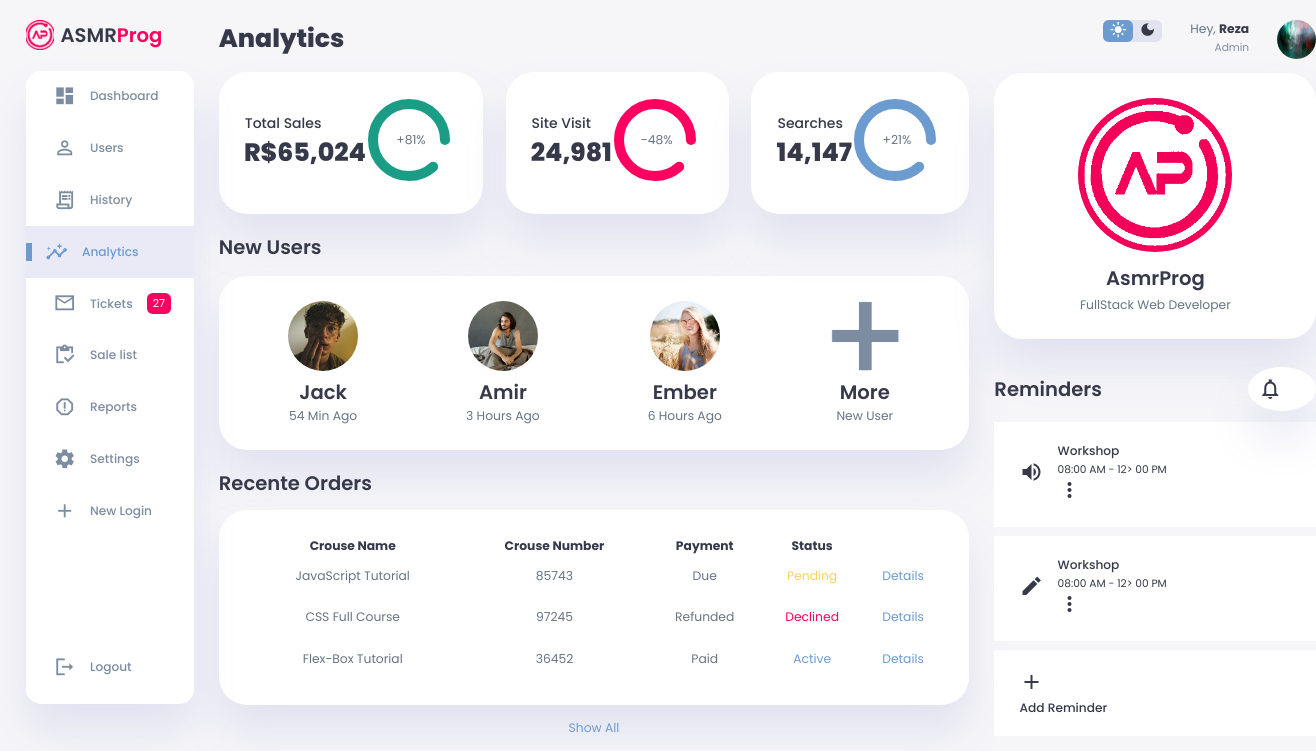
Repository: pheonix5/ProjetosRN-linux
Page: DashBoard/index.html
An editor plug-in stored every save of this project. The page is shown before and after the next save, followed by the edit.
The browser window is 1280 px wide. The page is 1316 px wide, so the pictures cover 1316 px, including what lies to the right of the window. The pictures show the whole page.

Above is the page before, as saved 2023-08-06 03:06:13.

After the next save:
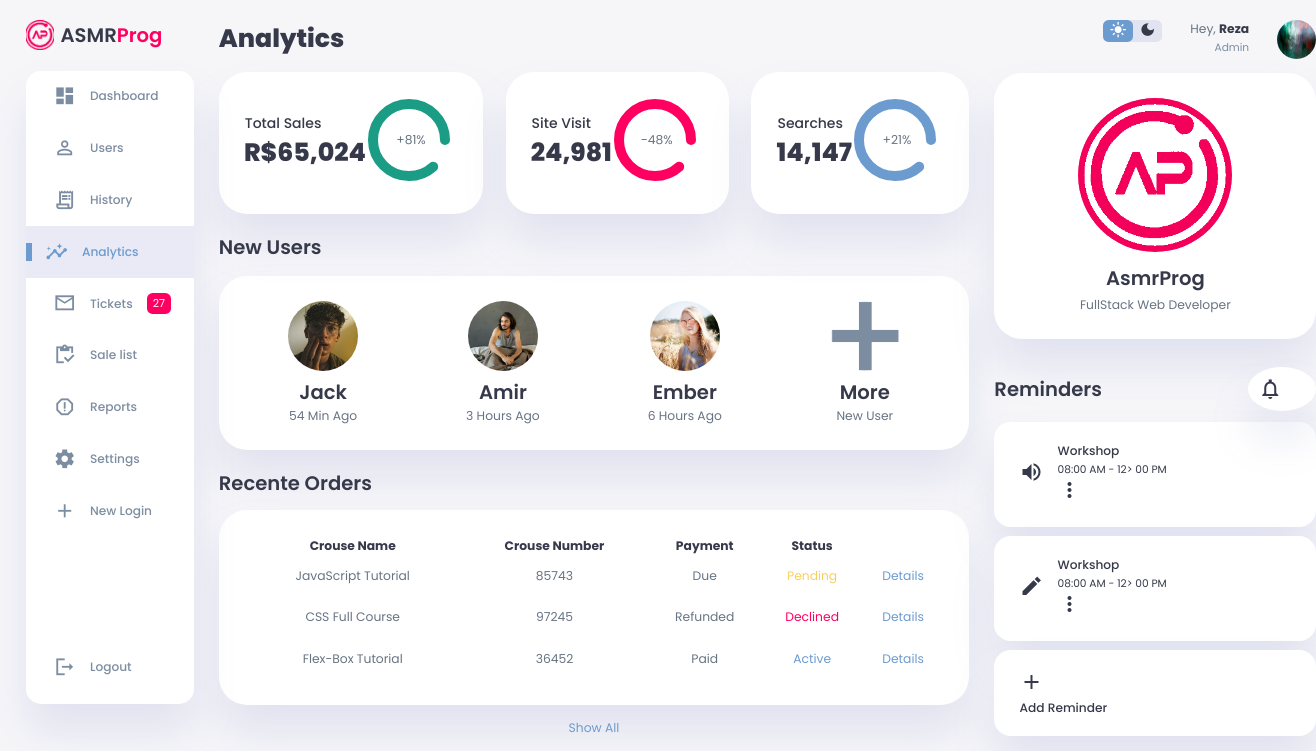
Saved 32 s later.
--- a/DashBoard/style.css
+++ b/DashBoard/style.css
@@ -483,4 +483,8 @@ main .recent-orders a{
   gap: 1rem;
   margin-bottom: 0.7rem;
   padding: 1.4rem var(--card-padding);
-}
+  border-radius: var(--border-radius-2);
+  box-shadow: var(--box-shadow);
+  cursor: pointer;
+  transition: all 0.3s ease;
+}
